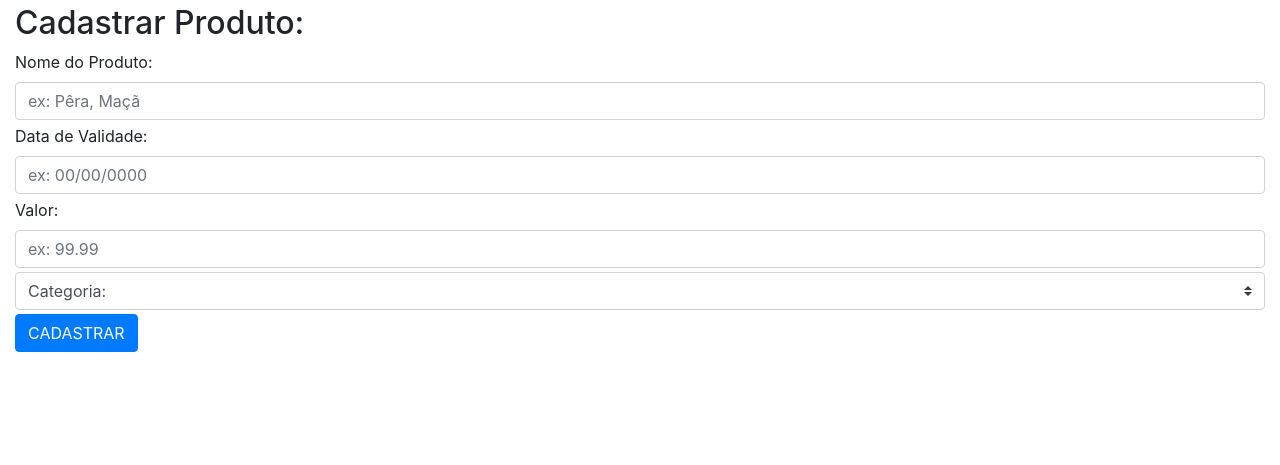
Repository: ricardofelipesilva/sistema
Page: http://localhost/site/controle.jsp
The author's editor kept a copy of each file at every save. The page is drawn from the files as they stood at one save, then again after the next save.
The browser window is 1280 px wide. The pictures show the whole page.
The page is served by Tomcat 9.

Above is the page before, as saved 2019-07-01 08:24:19.

After the next save:
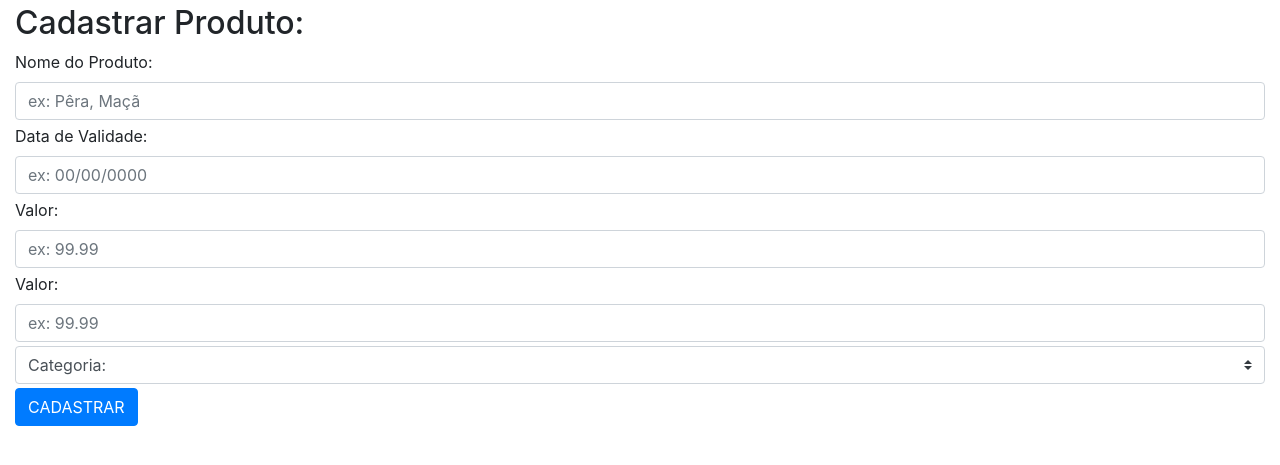
Saved 7 s later.
--- a/site/WebContent/controle.jsp
+++ b/site/WebContent/controle.jsp
@@ -36,6 +36,11 @@
     <input  class="form-control" type="text" name="valor"  placeholder="ex: 99.99" />
   </div>
 
+   <div class=" col-auto my-1 form-group">
+    <label for="exampleInputEmail1">Valor:</label>
+    <input  class="form-control" type="text" name="valor"  placeholder="ex: 99.99" />
+  </div>
+
       <div class="col-auto my-1">
       <label class="mr-sm-2 sr-only" for="inlineFormCustomSelect">Preference</label>
       <select class="custom-select mr-sm-2" id="inlineFormCustomSelect">
